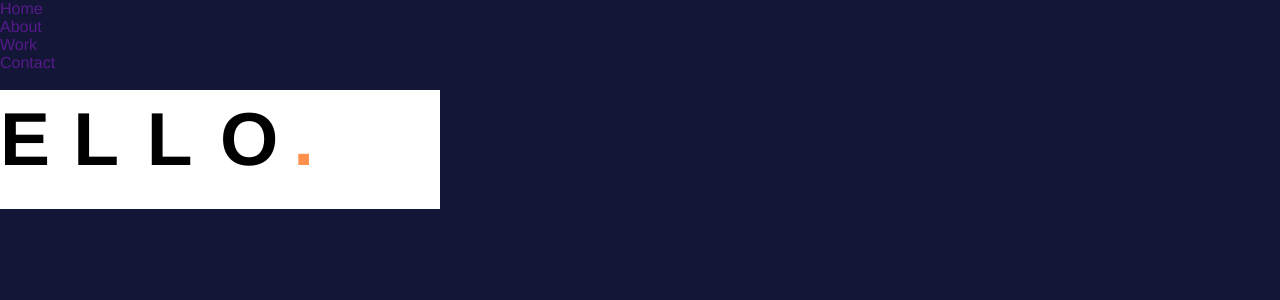
Repository: keloriane/animation-live
Page: /
The author's editor kept a copy of each file at every save. The page is drawn from the files as they stood at one save, then again after the next save.
The browser window is 1280 px wide. The pictures show the whole page.
The project was rebuilt for these pictures with package versions that can differ from the ones it lists, and the page was loaded fresh each time.

Above is the page before, as saved 2020-02-18 10:46:14.

After the next save:
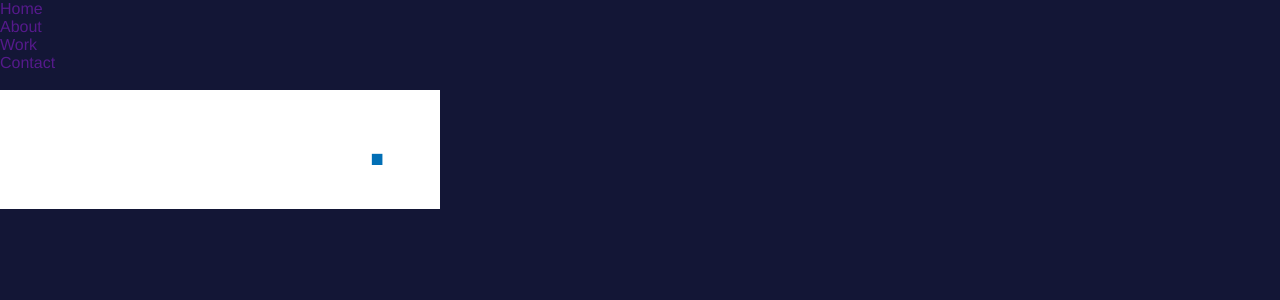
Saved 15 s later.
--- a/src/views/Home.js
+++ b/src/views/Home.js
@@ -15,7 +15,7 @@ const Home = () => {
         tl
         .from(titleWrapper, .6, {x:"-100%",delay:0.5, ease:"expo.inOut"})
         .staggerFrom(letter, .1,{y:100,  ease:"inOut(2.9)" },0.05)
-        .to(squares, .6, {x:"-100%",delay:0.5, ease:"expo.inOut"})
+
 
 
 
